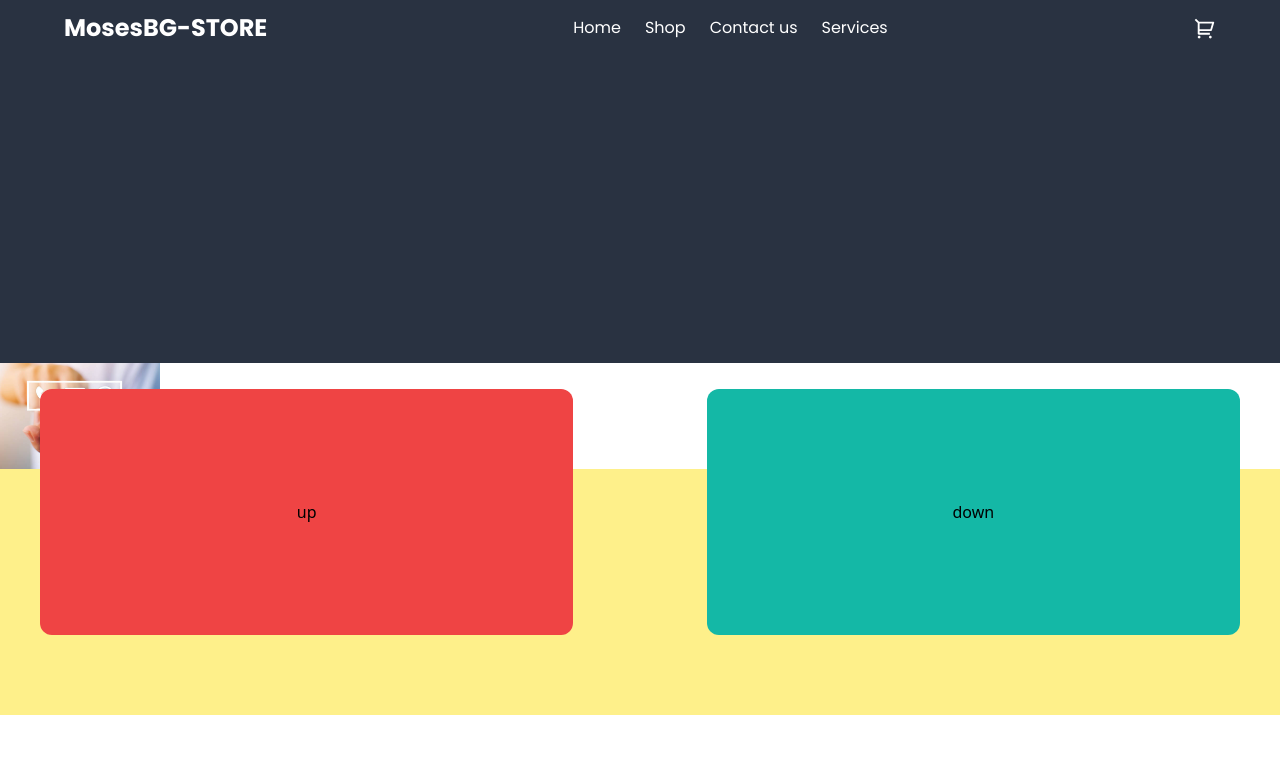
Repository: moshebengan/cart
Page: /fake-store/contact-us
An editor plug-in stored every save of this project. The page is shown before and after the next save, followed by the edit.
The browser window is 1280 px wide. The pictures show the whole page.
The project was rebuilt for these pictures with package versions that can differ from the ones it lists, and the page was loaded fresh each time. Also part of the build but not shown: vite.config.js, src/components/Error.jsx, src/utils/data.js, src/utils/apiCalls.js, src/components/Loading.jsx, src/components/Products.jsx, src/components/Footer.jsx, src/pages/HomePage.jsx and 5 more.

Above is the page before, as saved 2024-09-15 15:52:29.

After the next save:
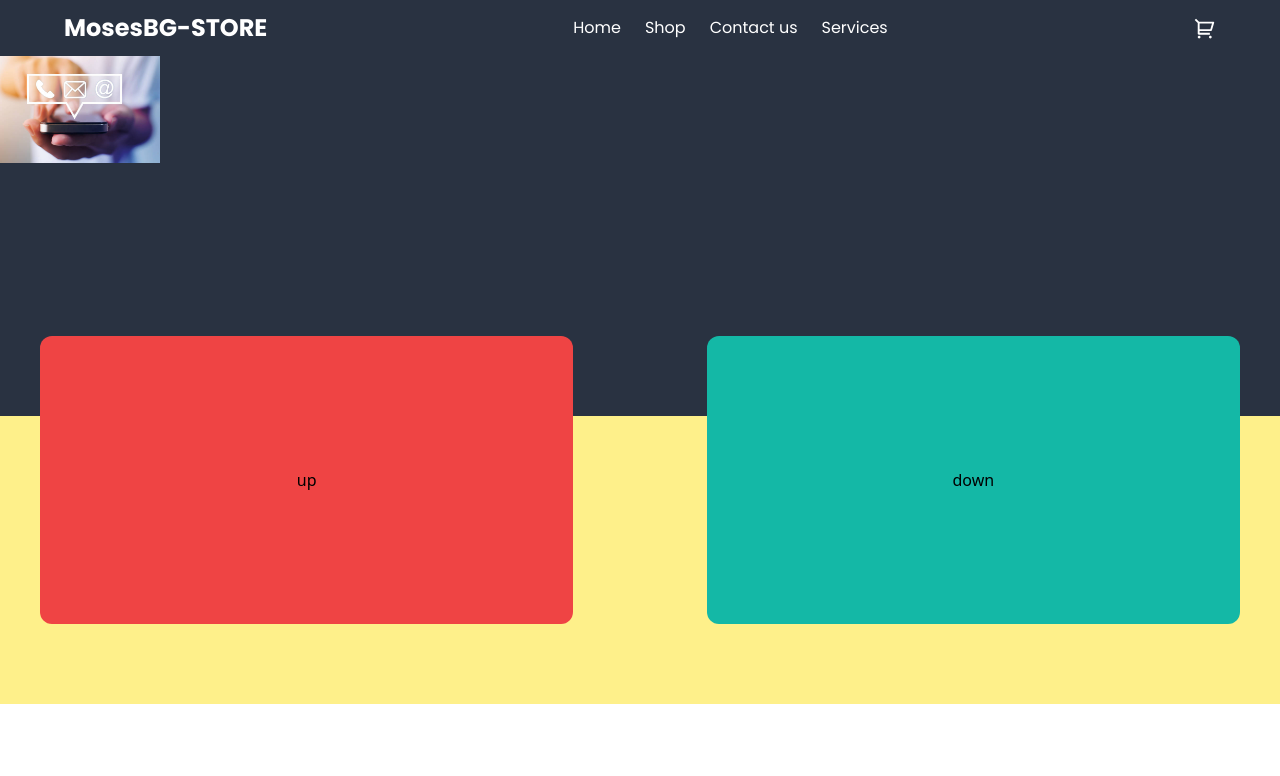
Saved 46 s later.
--- a/src/pages/ContactUs.jsx
+++ b/src/pages/ContactUs.jsx
@@ -3,8 +3,9 @@
 const ContactUs = () => {
   return (
     <div className="w-full h-screen flex flex-col">
-    <div className="bg-dark-blue w-full h-[50%]"></div>
-      <img src="/public/contactus.jpg" alt="" className="w-40" />
+    <div className="bg-dark-blue w-full h-[50%] relative">
+      <img src="/public/contactus.jpg" alt="" className="w-40 absolute left"  />
+      </div>
       <div className="w-full h-[40%] bg-yellow-200 flex flex-row relative">
         <div className="absolute ml-10 w-5/12 h-full bg-red-500 left-0  -top-20 flex items-center justify-center rounded-xl" >up</div>
         <div className="absolute mr-10 w-5/12 h-full bg-teal-500 right-0 -top-20 flex items-center justify-center rounded-xl">down</div>
